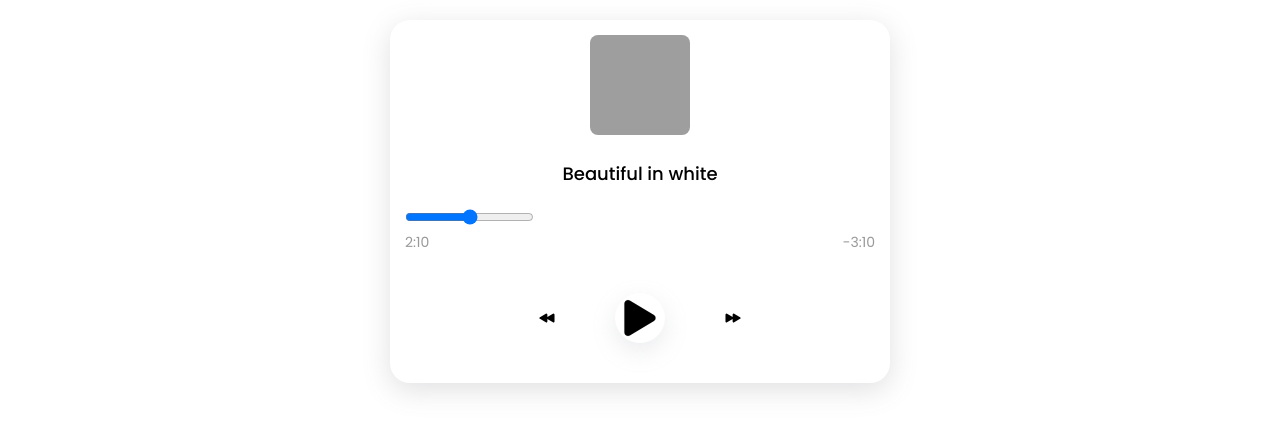
Repository: quyenpv10/mp3__music
Page: index.html
These files come from the project's save history. The page is drawn as it stood at one moment and after the next save; the edit follows.
The browser window is 1280 px wide. The pictures show the whole page.
Pictures or frames that could not be fetched are drawn as grey boxes.

Above is the page before, as saved 2021-12-10 20:11:08.

### index.html
<!DOCTYPE html>
<html lang="en">

<head>
    <meta charset="UTF-8">
    <meta http-equiv="X-UA-Compatible" content="IE=edge">
    <meta name="viewport" content="width=device-width, initial-scale=1.0">
    <title>Mp3 Player</title>
    <link rel="preconnect" href="https://fonts.googleapis.com">
    <link rel="preconnect" href="https://fonts.gstatic.com" crossorigin>
    <link href="https://fonts.googleapis.com/css2?family=Mulish:wght@300;400;500;700&family=Poppins:wght@300;400;500;600;700&display=swap" rel="stylesheet">
    <link rel="stylesheet" href="./app.css">
    <script type="module" src="https://unpkg.com/ionicons@5.5.2/dist/ionicons/ionicons.esm.js"></script>
    <script nomodule src="https://unpkg.com/ionicons@5.5.2/dist/ionicons/ionicons.js"></script>
</head>

<body>
    <div class="music">
        <div class="music-thumb">
            <img src="./images/8L0A0168.jpg" alt="">
        </div>
        <h3 class="music-name">Beautiful in white</h3>
        <input type="range" name="song" id="song">
        <div class="timer">
            <div class="duration">2:10</div>
            <div class="remaining">-3:10</div>
        </div>
        <div class="controls">
            <ion-icon name="play-back" class="play-back"></ion-icon>
            <ion-icon name="play" class="play"></ion-icon>
            <ion-icon name="play-forward" class="play-forward"></ion-icon>

        </div>
    </div>

</body>

</html>

### app.css
html {
    box-sizing: border-box;
}

* {
    margin: 0;
    padding: 0;
}

*,
*:before,
*:after {
    box-sizing: border-box;
}

input,
textarea,
select,
button {
    outline: none;
}

input {
    line-height: normal;
}

label,
button {
    cursor: pointer;
}

a {
    text-decoration: none;
}

img {
    display: block;
    max-width: 100%;
}

body {
    font-family: 'Poppins', sans-serif;
    padding: 20px;
}

.music {
    max-width: 500px;
    margin: 0 auto;
    border-radius: 20px;
    background-color: white;
    box-shadow: rgba(100, 100, 111, 0.2) 0px 7px 29px 0px;
    padding: 15px 15px 40px;
}

.music-thumb {
    width: 100px;
    height: 100px;
    margin: 0 auto 25px;
}

.music-thumb img {
    width: 100%;
    height: 100%;
    object-fit: cover;
    border-radius: 8px;
}

.music-name {
    font-size: 18px;
    font-weight: 500;
    text-align: center;
    margin-bottom: 20px;
}

.timer {
    display: flex;
    justify-content: space-between;
    align-items: center;
    font-size: 14px;
    color: #999;
    margin-bottom: 40px;
}

.controls {
    display: flex;
    justify-content: center;
    align-items: center;
    gap: 0 60px;
}

.play {
    width: 50px;
    height: 50px;
    border-radius: 100rem;
    background-color: white;
    display: flex;
    justify-content: center;
    align-items: center;
    cursor: pointer;
    box-shadow: rgba(149, 157, 165, 0.2) 0px 8px 24px;
    font-size: 10px;
}

After the next save:
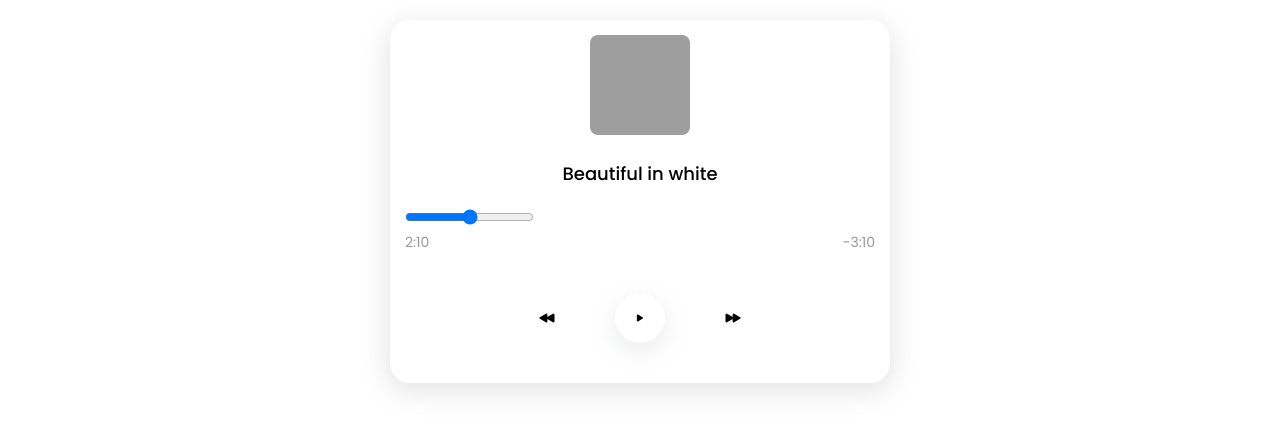
Saved 23 s later.
--- a/index.html
+++ b/index.html
@@ -27,7 +27,9 @@
         </div>
         <div class="controls">
             <ion-icon name="play-back" class="play-back"></ion-icon>
-            <ion-icon name="play" class="play"></ion-icon>
+            <div class="play">
+                <ion-icon name="play"></ion-icon>
+            </div>
             <ion-icon name="play-forward" class="play-forward"></ion-icon>
 
         </div>
